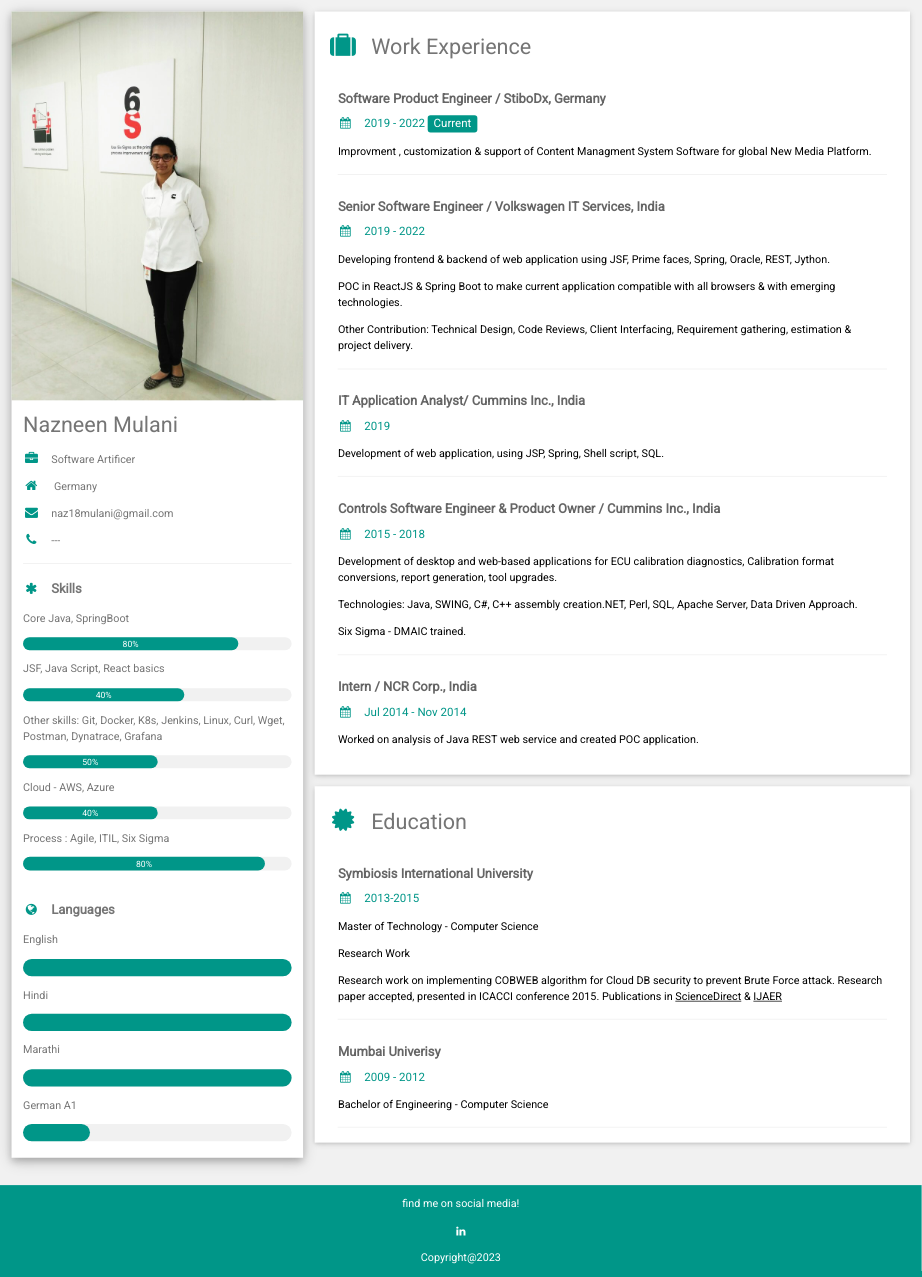
Repository: nazneenprojects/nazneen.github.io
Page: index.html
An editor plug-in stored every save of this project. The page is shown before and after the next save, followed by the edit.
The browser window is 1280 px wide. The pictures show the whole page, at 72% of full size.

Above is the page before, as saved 2023-07-08 23:50:06.

After the next save:
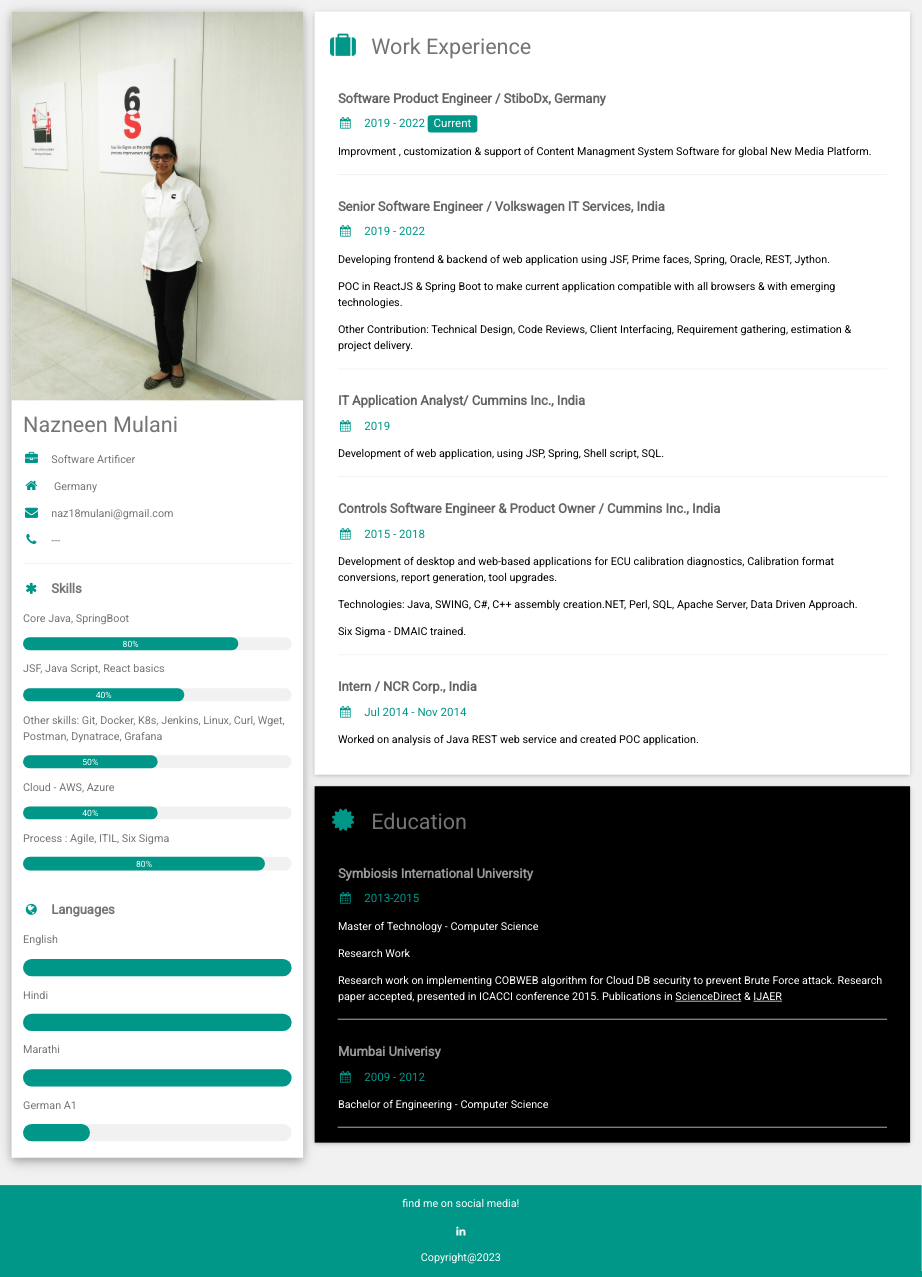
Saved 46 s later.
--- a/index.html
+++ b/index.html
@@ -123,7 +123,7 @@
         </div>
       </div>
 
-      <div class="w3-container w3-card w3-white">
+      <div class="w3-container w3-card w3-black">
         <h2 class="w3-text-grey w3-padding-16"><i class="fa fa-certificate fa-fw w3-margin-right w3-xxlarge w3-text-teal"></i>Education</h2>
         <div class="w3-container">
           <h5 class="w3-opacity"><b> Symbiosis International University</b></h5>
